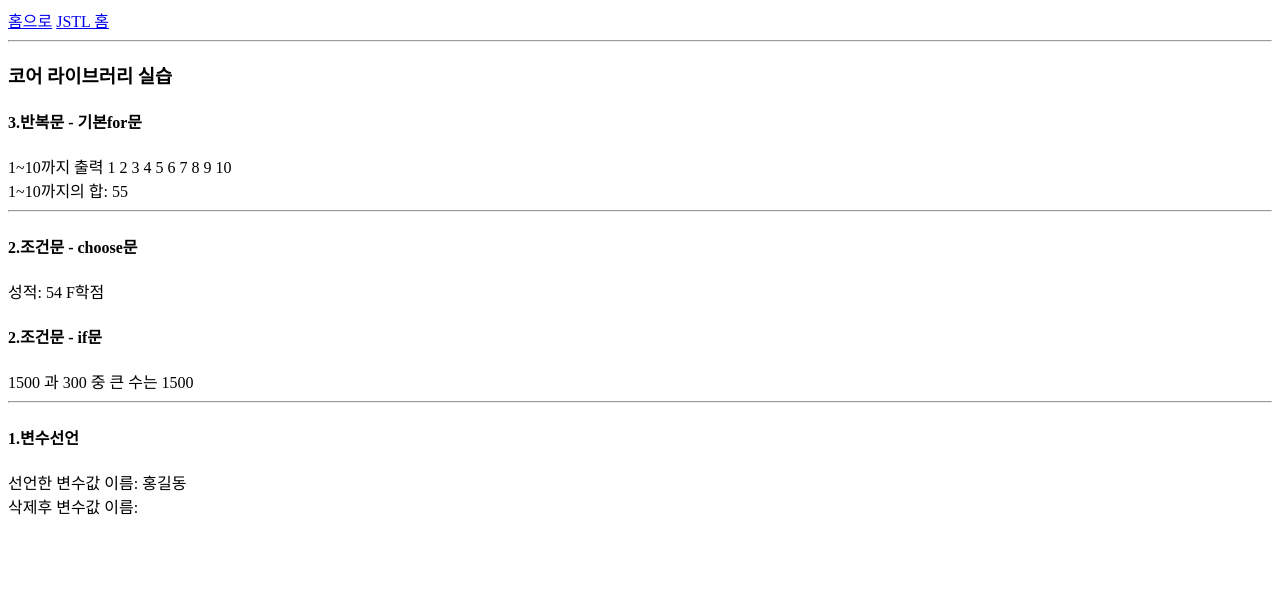
Repository: linklifejo/study_web
Page: http://localhost/servlet02/jstl/core.jsp
An editor plug-in stored every save of this project. The page is shown before and after the next save, followed by the edit.
The browser window is 1280 px wide. The pictures show the whole page.
The page is served by Tomcat 9. Other server files are loaded and not shown.

Above is the page before, as saved 2023-02-07 03:48:16.

### servlet02/src/main/webapp/jstl/core.jsp
<%@ page language="java" contentType="text/html; charset=UTF-8"
    pageEncoding="UTF-8"%>
<%@ taglib uri="http://java.sun.com/jsp/jstl/core" prefix="c" %>
<!DOCTYPE html>
<html>
<head>
<meta charset="UTF-8">
<title>Insert title here</title>
</head>
<body>
<a href='../'>홈으로</a>
<a href='index.jsp'>JSTL 홈</a>
<hr>
<h3>코어 라이브러리 실습</h3>
<h4>3.반복문 - 기본for문</h4>
<div>1~10까지 출력

<c:forEach var="no" begin="1" end="10">
	${no}
	<c:set var='sum' value='${sum+no }'/>
</c:forEach>
</div>
<div>1~10까지의 합: ${sum}</div>

<hr>
<h4>2.조건문 - choose문</h4>
<c:set var='score' value='54'/>
<c:choose>
	<c:when test='${score-90 >= 0}'><c:set var='grade' value='A'/></c:when>
	<c:when test='${score-80 >= 0}'><c:set var='grade' value='B'/></c:when>
	<c:when test='${score-70 >= 0}'><c:set var='grade' value='C'/></c:when>
	<c:when test='${score-60 >= 0}'><c:set var='grade' value='D'/></c:when>
	<c:otherwise><c:set var='grade' value='F'/></c:otherwise>
</c:choose>
<div>성적: ${score} ${grade}학점</div>
<h4>2.조건문 - if문</h4>
<c:set var='no1' value='1500'/>
<c:set var='no2' value='300'/>
<div>
${no1} 과 ${no2} 중 큰 수는
	<c:if test='${no1 gt (no2-0)}'>
	${no1}
	</c:if>
	<c:if test='${(no1-0) lt no2}'>
	${no2}
	</c:if>
</div>
<hr>
<h4>1.변수선언</h4>
<c:set var="name" value="홍길동"/>
<div>선언한 변수값 이름: ${name}</div>
<c:remove var="name" />
<div>삭제후 변수값 이름: ${name}</div>
</body>
</html>

After the next save:
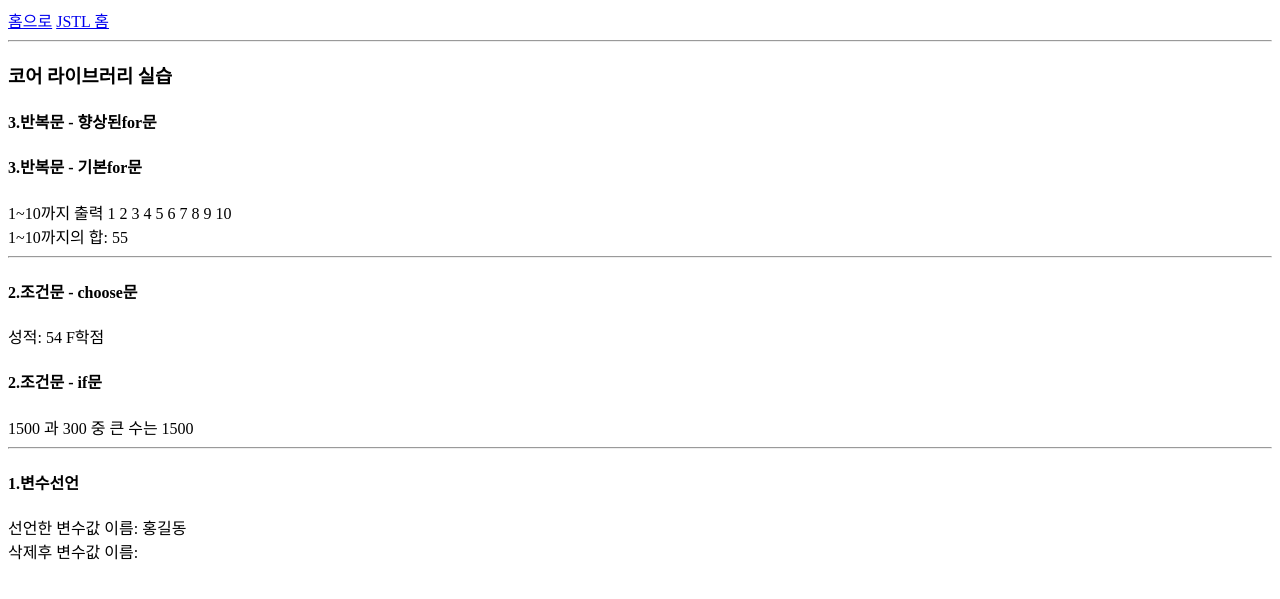
Saved 3 min 11 s later.
--- a/servlet02/src/main/webapp/jstl/core.jsp
+++ b/servlet02/src/main/webapp/jstl/core.jsp
@@ -12,6 +12,9 @@
 <a href='index.jsp'>JSTL 홈</a>
 <hr>
 <h3>코어 라이브러리 실습</h3>
+<h4>3.반복문 - 향상된for문</h4>
+
+
 <h4>3.반복문 - 기본for문</h4>
 <div>1~10까지 출력
 
